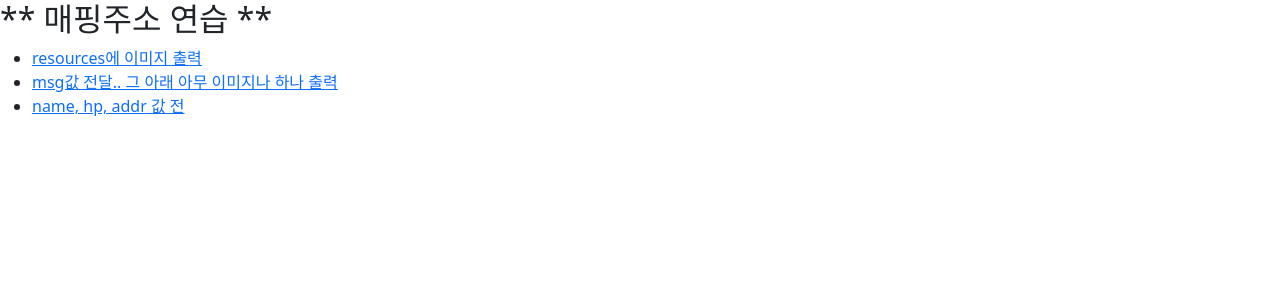
Repository: handongheee/Sist0103Project
Page: http://localhost/SpringMvcQuiz/
These files come from the project's save history. The page is drawn as it stood at one moment and after the next save; the edit follows.
The browser window is 1280 px wide. The pictures show the whole page.
Some web fonts or font styles are not loaded; a fallback is used. The page is served by Tomcat 9. Other server files are loaded and not shown.

Above is the page before, as saved 2024-05-02 03:21:30.

### sts3work/SpringMvcQuiz/src/main/webapp/index.jsp
<%@ page language="java" contentType="text/html; charset=UTF-8"
    pageEncoding="UTF-8"%>
<%@taglib prefix="c" uri="http://java.sun.com/jsp/jstl/core" %>
<%@taglib prefix="fmt"	uri="http://java.sun.com/jsp/jstl/fmt" %>
<!DOCTYPE html>
<html>
<head>
<meta charset="UTF-8">
<script src="https://code.jquery.com/jquery-3.7.0.js"></script>
<script src="https://cdn.jsdelivr.net/npm/bootstrap@5.3.2/dist/js/bootstrap.bundle.min.js"></script>
<link
href="https://fonts.googleapis.com/css2?family=Dongle&family=Gamja+Flower&family=Gowun+Dodum&family=IBM+Plex+Sans+KR&family=Noto+Sans+KR:wght@100..900&display=swap"
rel="stylesheet">
<link href="https://cdn.jsdelivr.net/npm/bootstrap@5.3.2/dist/css/bootstrap.min.css" rel="stylesheet">
<title>Insert title here</title>
</head>
<body>
	<h2>** 매핑주소 연습 **</h2>
	<ul>
		<li><a href="happy">resources에 이미지 출력</a></li>
		<li><a href="hello">msg값 전달.. 그 아래 아무 이미지나 하나 출력</a></li>
		<li><a href="hello">name, hp, addr 값 전</a></li>
	</ul>
</body>
</html>

After the next save:
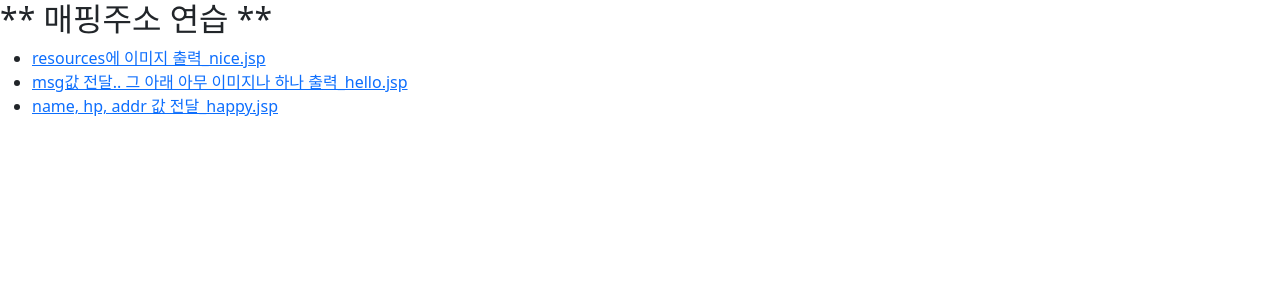
Saved 36 s later.
--- a/sts3work/SpringMvcQuiz/src/main/webapp/index.jsp
+++ b/sts3work/SpringMvcQuiz/src/main/webapp/index.jsp
@@ -17,9 +17,9 @@ rel="stylesheet">
 <body>
 	<h2>** 매핑주소 연습 **</h2>
 	<ul>
-		<li><a href="happy">resources에 이미지 출력</a></li>
-		<li><a href="hello">msg값 전달.. 그 아래 아무 이미지나 하나 출력</a></li>
-		<li><a href="hello">name, hp, addr 값 전</a></li>
+		<li><a href="happy">resources에 이미지 출력_nice.jsp</a></li>
+		<li><a href="hello">msg값 전달.. 그 아래 아무 이미지나 하나 출력_hello.jsp</a></li>
+		<li><a href="nice/like">name, hp, addr 값 전달_happy.jsp</a></li>
 	</ul>
 </body>
 </html>
